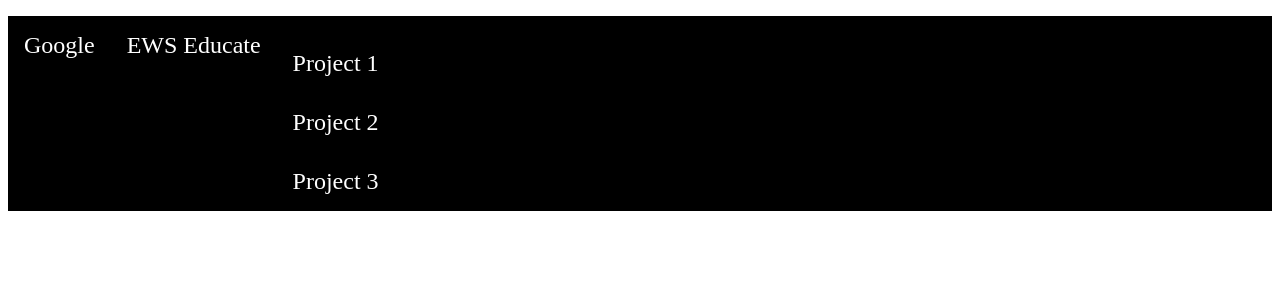
Repository: GiangNguyen2805/GiangNguyen2805.github.io
Page: index.html
The author's editor kept a record of every edit. The page is drawn from the files as they stood at one moment, then again after the next edit.
The browser window is 1280 px wide. The pictures show the whole page.

Above is the page before.

After the next edit:
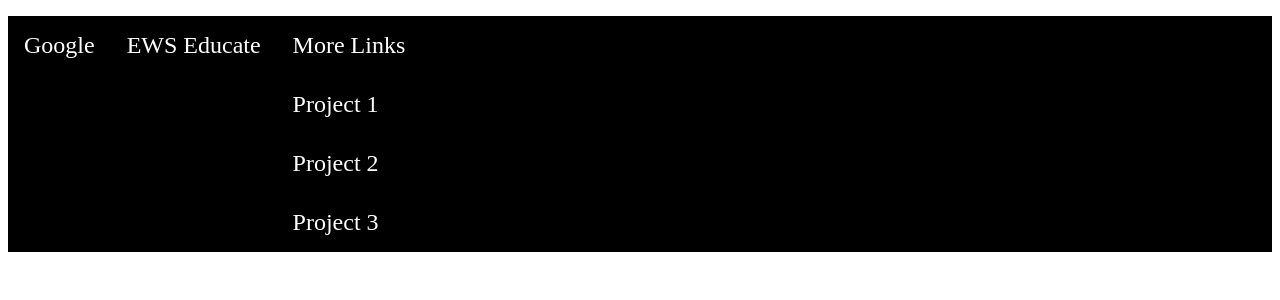
The edit:
--- a/index.html
+++ b/index.html
@@ -40,7 +40,7 @@
 <ul class="navbar">
 <li><a href="https://www.google.com">Google</a></li>
 <li><a href="https://www.awseducate.com">EWS Educate</a></li>
-<li>
+<li class="dropdown">
     <div>More Links</div>
     <ul class="dropdown-content">
         <li><a href="a">Project 1</a></li>
